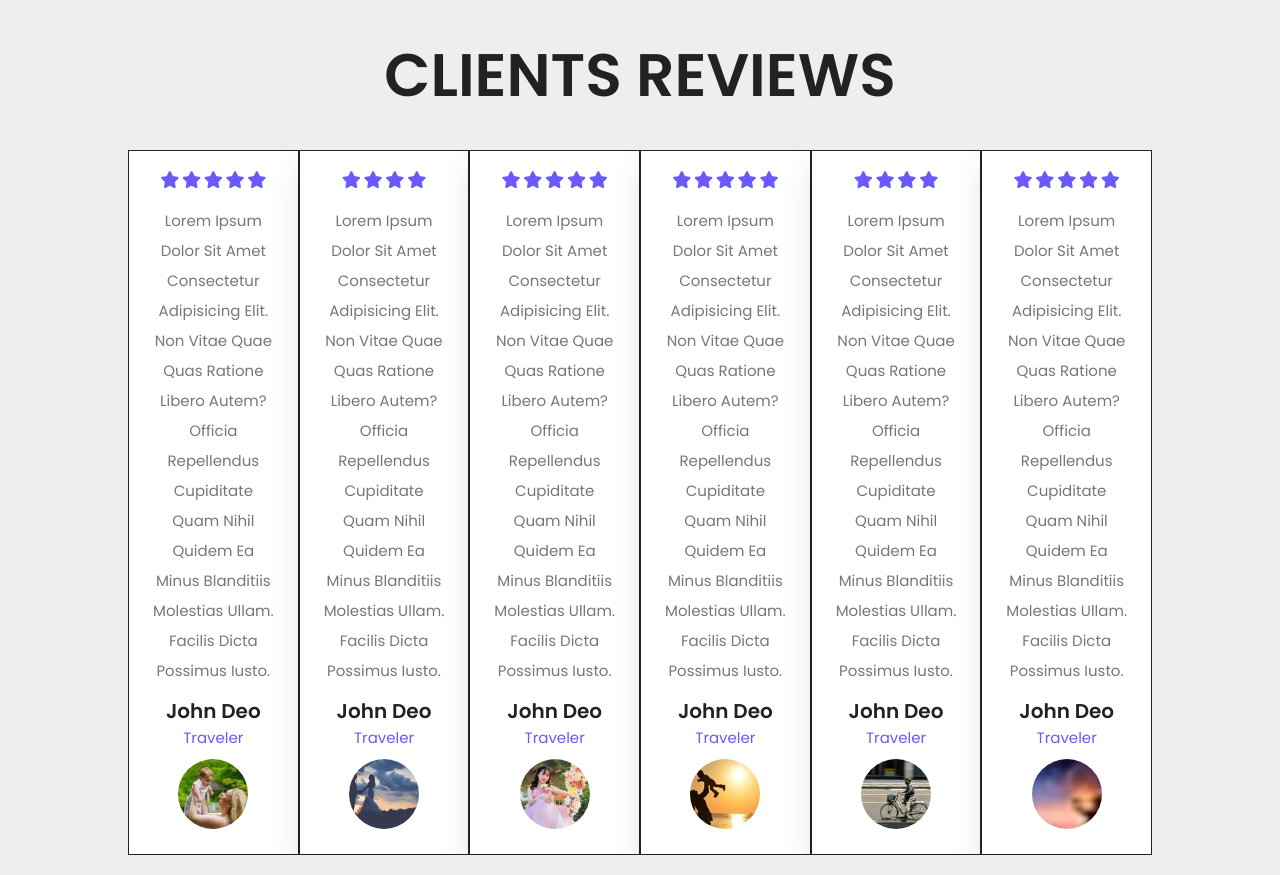
Repository: CTCuong/Traveloka-Web
Page: assets/about.html
These files come from the project's save history. The page is drawn as it stood at one moment and after the next save; the edit follows.
The browser window is 1280 px wide. The pictures show the part of the page from y = 1059 to 1934 px (the page is 2610 px tall before and 2580 px after).
Pictures or frames that could not be fetched are drawn as grey boxes. A picture or video elsewhere on the page could not be fetched, so the positions and the page height are approximate. Backgrounds fixed to the window are drawn as part of the page.

Above is the page before, as saved 2023-07-07 11:16:17.

### assets/about.html
<!DOCTYPE html>
<html lang="en">
<head>
    <meta charset="UTF-8">
    <meta name="viewport" content="width=device-width, initial-scale=1.0">
    <title>About</title>
    <!--swiper css-->
    <link rel="stylesheet"href="https://cdn.jsdelivr.net/npm/swiper@9/swiper-bundle.min.css"/>
    <!--font awesome link-->
    <link rel="stylesheet" href="https://cdnjs.cloudflare.com/ajax/libs/font-awesome/6.4.0/css/all.min.css">
    <!-- css file link -->
    <link rel="stylesheet" href="/assets/css/style.css">
</head>
<body>
    <!-- header section starts -->
    <section class="header">
        <a href="home.html" class="logo">travel.</a>

        <nav class="navbar">
            <a href="home.html">Home</a>
            <a href="about.html">About</a>
            <a href="package.html">Package</a>
            <a href="book.html">Book</a>

        </nav>

        <div id="menu-btn" class="fas fa-bars"></div>
    </section>
    <!-- header section ends -->

    <div class="heading" style="background: url(/assets/image/About/240_F_206413834_XndsGAeui9ENStTXTna9Szj1tS5tQUZo.jpg) no-repeat;">
        <h1>about us</h1>
    </div>

    <!-- footer section starts -->


    <!-- about section starts -->
    <section class="about">
        <div class="image">

            <img src="/assets/image/About/beautiful-sunrise-fishing-dip-nets-pakpra-phatthalung-thailand_335224-816.avif" alt="">
        </div>

        <div class="content">
            <h3>why choose us?</h3>
            <p>Lorem ipsum dolor, sit amet consectetur adipisicing elit. Temporibus
            velit facilis similique incidunt laboriosam cumque accusamus cum id. Accusantium, dolore.</p>
            <p>Lorem ipsum dolor sit amet consectetur adipisicing elit. Consequatur quis inventore nisi
            velit! Perferendis cum cupiditate explicabo, rerum eos suscipit et asperiores quasi rem delectus
            vel alias similique, perspiciatis fuga.</p>

            <div class="icons-container">
                <div class="icons">
                    <i class="fas fa-map"></i>
                    <span>top destinations</span>
                </div>

                <div class="icons">
                    <i class="fas fa-hand-holding-usd"></i>
                    <span>affordable price</span>
                </div>

                <div class="icons">
                    <i class="fas fa-headset"></i>
                    <span>24/7 guide service</span>
                </div>

            </div>

        </div>

    </section>
    <!-- about section ends -->

    <!-- reviews section starts -->

    <section class="reviews">

        <h1 class="heading-title"> clients reviews </h1>

        <div class=" swiper reviews-slider">

            <div class="swiper-wrapper">

                <div class="swiper-slider slide">
                    <div class="stars">
                        <i class="fas fa-star"></i>
                        <i class="fas fa-star"></i>
                        <i class="fas fa-star"></i>
                        <i class="fas fa-star"></i>
                        <i class="fas fa-star"></i>
                    </div>
                    <p>Lorem ipsum dolor sit amet consectetur adipisicing elit.
                    Non vitae quae quas ratione libero autem? Officia repellendus cupiditate quam nihil
                    quidem ea minus blanditiis molestias ullam. Facilis dicta possimus iusto.</p>
                    <h3>john deo</h3>
                    <span>traveler</span>
                    <img src="/assets/image/reviews/1.jpg" alt="">
                </div>

                <div class="swiper-slider slide">
                    <div class="stars">

                        <i class="fas fa-star"></i>
                        <i class="fas fa-star"></i>
                        <i class="fas fa-star"></i>
                        <i class="fas fa-star"></i>
                    </div>
                    <p>Lorem ipsum dolor sit amet consectetur adipisicing elit.
                    Non vitae quae quas ratione libero autem? Officia repellendus cupiditate quam nihil
                    quidem ea minus blanditiis molestias ullam. Facilis dicta possimus iusto.</p>
                    <h3>john deo</h3>
                    <span>traveler</span>
                    <img src="/assets/image/reviews/2.jpg" alt="">
                </div>

                <div class="swiper-slider slide">
                    <div class="stars">

                        <i class="fas fa-star"></i>
                        <i class="fas fa-star"></i>
                        <i class="fas fa-star"></i>
                        <i class="fas fa-star"></i>
                        <i class="fas fa-star"></i>
                    </div>
                    <p>Lorem ipsum dolor sit amet consectetur adipisicing elit.
                    Non vitae quae quas ratione libero autem? Officia repellendus cupiditate quam nihil
                    quidem ea minus blanditiis molestias ullam. Facilis dicta possimus iusto.</p>
                    <h3>john deo</h3>
                    <span>traveler</span>
                    <img src="/assets/image/reviews/3.jpg" alt="">
                </div>

                <div class="swiper-slider slide">
                    <div class="stars">

                        <i class="fas fa-star"></i>
                        <i class="fas fa-star"></i>
                        <i class="fas fa-star"></i>
                        <i class="fas fa-star"></i>
                        <i class="fas fa-star"></i>
                    </div>
                    <p>Lorem ipsum dolor sit amet consectetur adipisicing elit.
                    Non vitae quae quas ratione libero autem? Officia repellendus cupiditate quam nihil
                    quidem ea minus blanditiis molestias ullam. Facilis dicta possimus iusto.</p>
                    <h3>john deo</h3>
                    <span>traveler</span>
                    <img src="/assets/image/reviews/4.jpg" alt="">
                </div>

                <div class="swiper-slider slide">
                    <div class="stars">

                        <i class="fas fa-star"></i>
                        <i class="fas fa-star"></i>
                        <i class="fas fa-star"></i>
                        <i class="fas fa-star"></i>
                    </div>
                    <p>Lorem ipsum dolor sit amet consectetur adipisicing elit.
                    Non vitae quae quas ratione libero autem? Officia repellendus cupiditate quam nihil
                    quidem ea minus blanditiis molestias ullam. Facilis dicta possimus iusto.</p>
                    <h3>john deo</h3>
                    <span>traveler</span>
                    <img src="/assets/image/reviews/5.jpg" alt="">
                </div>

                <div class="swiper-slider slide">
                    <div class="stars">

                        <i class="fas fa-star"></i>
                        <i class="fas fa-star"></i>
                        <i class="fas fa-star"></i>
                        <i class="fas fa-star"></i>
                        <i class="fas fa-star"></i>
                    </div>
                    <p>Lorem ipsum dolor sit amet consectetur adipisicing elit.
                    Non vitae quae quas ratione libero autem? Officia repellendus cupiditate quam nihil
                    quidem ea minus blanditiis molestias ullam. Facilis dicta possimus iusto.</p>
                    <h3>john deo</h3>
                    <span>traveler</span>
                    <img src="/assets/image/reviews/6.jpg" alt="">
                </div>

            </div>

        </div>
    </section>
    <!-- reviews section ends -->


    <section class="footer">
        <div class="box-container">

            <div class="box">
                <h3>quick links</h3>
                <a href="home.html"><i class="fas fa-angle-right"></i>Home</a>
                <a href="about.html"><i class="fas fa-angle-right"></i>About</a>
                <a href="package.html"><i class="fas fa-angle-right"></i>Package</a>
                <a href="book.html"><i class="fas fa-angle-right"></i>Book</a>
            </div>

            <div class="box">
                <h3>extra links</h3>
                <a href="#"><i class="fas fa-angle-right"></i> ask question</a>
                <a href="#"><i class="fas fa-angle-right"></i> about us</a>
                <a href="#"><i class="fas fa-angle-right"></i> privacy policy</a>
                <a href="#"><i class="fas fa-angle-right"></i> terms of use</a>
            </div>

            <div class="box">
                <h3>contract info</h3>
                <a href="#"><i class="fas fa-phone"></i> +84 098-326-789 </a>
                <a href="#"><i class="fas fa-phone"></i> +84 023-908-7865 </a>
                <a href="#"><i class="fas fa-envelope"></i> travekhanas@gmail.com </a>
                <a href="#"><i class="fas fa-map"></i> HaNoi, VietNam   </a>
            </div>

            <div class="box">
                <h3>follow us</h3>
                <a href="#"><i class="fab fa-facebook"></i> facebook </a>
                <a href="#"><i class="fab fa-twitter"></i> twitter </a>
                <a href="#"><i class="fab fa-instagram"></i> instagram </a>
                <a href="#"><i class="fab fa-telegram"></i> telegram </a>
            </div>

        </div>

        <div class="credit"> created by <span>mr. Cao Tran Cuong</span> | all rights reserved! </div>
    </section>
    <!-- footer section ends -->

    <!--swiper js-->
    <script src="https://cdn.jsdelivr.net/npm/swiper@9/swiper-bundle.min.js"></script>
    <!-- js file link -->
    <script src="/assets/js/scrip.js"></script>
</body>
</html>

### assets/css/style.css
@import url('https://fonts.googleapis.com/css2?family=Poppins:ital,wght@0,100;0,200;0,300;0,400;0,500;0,600;1,100;1,200;1,300;1,400;1,500;1,600&display=swap');

:root {
    --main-color:#6A5AF9;
    --black:#222;
    --white: #fff;
    --light-black:#777;
    --light-white:#fff9;
    --drak-bg:rgba(0,0,0,.7);
    --light-bg:#eee;
    --border: .1rem solid #222;
    --text-shadow:0 1.5rem 3rem rgba(0,0,0,.3);
    --box-shadow:0 1.5rem 3rem rgba(0,0,0,.1);
}
* {
    font-family: 'Poppins', sans-serif;
    margin: 0; padding: 0;
    outline: none;border: none;
    box-sizing: border-box;
    text-decoration: none;
    text-transform: capitalize;

}

html {
    font-size: 62.5%;
    overflow-x: hidden;
}

html::-webkit-scrollbar {
    width : 1rem;
}

html::-webkit-scrollbar-track {
    background-color: var(--white);
}

html::-webkit-scrollbar-thumb {
    background-color: var(--main-color);
}
section {
    padding: 5rem 10%;
}
.header {
    position: sticky;
    top:0; left: 0; right: 0;
    z-index: 1000;
    background-color: var(--white);
    display: flex;
    padding-top: 2rem;
    padding-bottom: 2rem;
    box-shadow: var(--box-shadow);
    align-items: center;
    justify-content:space-between;
}

.header .logo {
    font-size: 2.5rem;
    color: var(--black);
}

.header .navbar a {
    font-size: 2rem;
    margin-left: 2rem;
    color: var(--black);
}

#menu-btn {
    font-size: 2.5rem;
    color: var(--black);
    cursor: pointer;
    display: none;
}

.home {
    padding: 0;
}

.home .slide {
    text-align: center;
    padding: 2rem;
    display: flex;
    align-items: center;
    justify-content: center;
    background-size: cover !important;
    background-position: center !important;
    min-height: 60rem;
}

.home .slide .content {
    width: 85rem;
    display: none;
}

.home .swiper-slide-active .content {
    display: inline-block;
}

.home .slide .content span {
    display: block;
    font-size: 2.2rem;
    color: var(--light-white);
    padding-bottom: 1rem;
    animation:fadeIn .4s linear backwards .2s;
}

.home .slide .content h3 {
    font-size: 6vw;
    color: var(--white);
    text-transform: uppercase;
    line-height: 1;
    text-shadow: var(--text-shadow);
    padding: 1rem 0;
    animation:fadeIn .4s linear backwards .4s;
}

.home .slide .content .btn {
    animation:fadeIn .4s linear backwards .6s;
}


@keyframes fadeIn {
    0% {
        transform: scale(0);
        opacity: 0;
    }
}


.heading {
    background-size: cover !important;
    background-position: center !important;
    padding-top: 10rem;
    padding-bottom: 15rem;
    display: flex;
    align-items: center;
    justify-content: center;
}

.heading h1 {
    font-size: 10rem;
    text-transform: uppercase;
    color: var(--white);
    text-shadow: var(--box-shadow);
}

.about {
    display: flex;
    align-items: center;
    flex-wrap: wrap;
    gap:3rem;
}

.about .image {
    flex: 1 1 41rem;
}

.about .image img {
    width: 100%;
}

.about .content {
    flex: 1 1 41rem;
    text-align: center;
}

.about .content h3 {
    font-size: 3rem;
    color: var(--black);
}

.about .content p {
    font-size: 1.5rem;
    color: var(--light-black);
    line-height: 2;
    padding: 1rem 0;
}

.about .content .icons-container {
    margin-top: 2rem;
    display: flex;
    flex-wrap: wrap;
    gap :1.5rem;
    align-items: flex-end;
}

.about .content .icons-container .icons {
    background: var(--light-bg);
    padding: 2rem;
    flex: 1 1  10rem;
}

.about .content .icons-container .icons i {
    font-size: 4rem;
    margin-top: 2rem;
    color:  var(--main-color);
}

.about .content .icons-container .icons span {
    font-size: 1.5rem;
    color: var(--light-black);
    display: block;
}

.reviews {
    background: var(--light-bg);
}

.reviews .slide {
    padding: 2rem;
    border: var(--border);
    background: var(--white);
    text-align: center;
    box-shadow: var(--box-shadow);
    user-select: none;
}

.reviews .slide .stars i {
    font-size: 1.7rem;
    color: var(--main-color);
}

.reviews .slide p {
    font-size: 1.5rem;
    color: var(--light-black);
    line-height: 2;
    padding: 1rem 0;
}

.reviews .slide h3 {
    font-size: 2rem;
    color: var(--black);
}

.reviews .slide span {
    font-size: 1.5rem;
    color: var(--main-color);
    display: block;
}

.reviews .slide img {
    height: 7rem;
    width: 7rem;
    border-radius: 50%;
    object-fit: cover;
    margin-top: 1rem;
}

.reviews .slide .stars {
    padding-bottom: .5rem;
}




.btn {
    display: inline-block;
    background: var(--black);
    margin-top: 1rem;
    color: var(--white);
    font-size: 1.7rem;
    padding: 1rem 3rem;
    cursor: pointer;

}

.btn:hover {
    background: var(--main-color);
}

.home-about {
    display: flex;
    align-items: center;
    flex-wrap: wrap;
}

.home-about .image {
    flex: 1 1 41rem;
}

.home-about .image img {
    width: 100%;

}

.home-about .content {
    flex: 1 1 41rem;
    padding: 3rem;
    background: var(--light-bg);
}

.home-about .content h3 {
    font-size: 3rem;
    color: var(--black);
}

.home-about .content p {
    font-size: 1.5rem;
    padding: 1rem;
    line-height:2 ;
    color: var(--black);
}

.home-packages {
    background: var(--light-bg);
}

.home-packages .box-container .box {
    border: var(--border);
    box-shadow: var(--box-shadow);
    background: var(--white);
}

.home-packages .box-container {
    display: grid;
    grid-template-columns: repeat(auto-fit, minmax(30rem, 1fr));
    gap : 2rem;
}

.home-packages .box-container .box .image {
    height: 25rem;
    overflow: hidden;
}

.home-packages .box-container .box .image img {
    height: 100%;
    width: 100%;
    object-fit: cover;
    transition: .2s linear;
}

.home-packages .box-container .box .content {
    padding: 2rem;
    text-align: center;

}

.home-packages .box-container .box .content h3 {
    font-size: 2.5rem;
    color: var(--black);
}

.home-packages .box-container .box .content p {
    font-size: 1.5rem;
    color: var(--light-black);
    line-height: 2;
    padding: 1rem 0;
}

.home-packages .load-more {
    text-align: center;
    margin-top: 2rem;
}

.home-offer {
    text-align: center;
}

.home-offer .content {
    max-width: 50rem;
    margin: 0 auto;
}

.home-offer .content h3 {
    font-size: 3.5rem;
    text-transform: uppercase;
    color: var(--black);
}

.home-offer .content p {
    font-size: 1.5rem;
    color: var(--black);
    line-height: 2;
    padding: 1rem 0;
}


.services .box-container {
    display: grid;
    grid-template-columns: repeat(auto-fit, minmax(16rem, 1fr));
    gap : 1.5rem;
}

.services .box-container .box {
    padding: 3rem 2rem;
    text-align: center;
    background: var(--main-color);
    cursor: pointer;
}


.services .box-container .box:hover {
    background: var(--black) ;
}

.services .box-container .box h3 {
    color: var(--white);
    font-size: 1,7rem;
    padding-top: 1rem;
}

.services .box-container .box img {
    height: 7rem;
}

.heading-title {
    text-align: center;
    margin-bottom: 3rem;
    font-size: 6rem;
    text-transform: uppercase;
    color: var(--black);
}





























.footer {
    background:url(/assets/image/Footer/low-angle-nature-night-time.jpg) no-repeat;
    background-size: cover;
    background-position: center;
    background-attachment: fixed;
}

.footer .box-container {
    display: grid;
    grid-template-columns: repeat(auto-fit, minmax(25rem, 1fr));
    gap : 3rem;
}

.footer .box-container .box h3{
    color: var(--white);
    font-size: 2.5rem;
    padding-bottom: 2rem;
}

.footer .box-container .box a {
    color: var(--light-white);
    font-size: 1.5rem;
    padding-bottom: 1.5rem;
    display: block;
}

.footer .box-container .box a i {
    color: var(--main-color);
    padding-right: .5rem;
    transition: .2s linear ;
}

.footer .box-container .box a:hover i {
    padding-right: 2rem;
}

.footer .credit {
    text-align: center;
    padding-top: 3.5rem;
    margin-top: 3rem;
    border-top: .1rem solid var(--light-bg);
    font-size: 2rem;
    color: var(--white);
}

.footer .credit span {
    color:var(--main-color);
}



/* media queries */
@media (max-width:1200px) {

    section {
        padding: 3rem 5%;
    }

}

@media (max-width:991px) {

    html {
        font-size: 55%;
    }

    section {
        padding: 3rem 2rem;
    }

    .home .slide .content h3 {
        font-size: 10vw;
    }
}

@media (max-width:768px) {
    #menu-btn {
         display: inline-block;
         transition: .2s linear;
    }

    #menu-btn.fa-times {
        transform: rotate(180deg);
    }

    .header .navbar {
        position: absolute;
        top:99%; left:0; right:0;
        background-color: var(--white);
        border-top: var(--border);
        padding: 2rem;
        transition: .2s linear;
        clip-path: polygon(0 0, 100% 0, 100% 0, 0 0);
    }

    .header .navbar.active {
        clip-path: polygon(0 0, 100% 0, 100% 100%, 0 100%);
    }

    .header .navbar a {
        display:block;
        margin: 2rem;
        text-align: center ;
    }

}
@media (max-width:450px) {

    html {
        font-size: 50%;
    }

    .heading-title {
        font-size: 3.5rem;
    }

}

### assets/js/scrip.js
let menu = document.querySelector('#menu-btn');
let navbar = document.querySelector('.header .navbar');

menu.onclick = () =>{
    menu.classList.toggle('fa-times');
    navbar.classList.toggle('active');
};

window.onscroll = () => {
    menu.classList.remove('fa-times')
    navbar.classList.remove('active')

};

var swiper = new Swiper(".home-slider", {
  loop:true,
  navigation: {
    nextEl: ".swiper-button-next",
    prevEl: ".swiper-button-prev",
  },
});



var swiper = new Swiper(".reviews-slider", {
  slidesPerView: 1,
  spaceBetween: 10,
  pagination: {
    el: ".swiper-pagination",
    clickable: true,
  },
  breakpoints: {
    640: {
      slidesPerView: 2,
      spaceBetween: 20,
    },
    768: {
      slidesPerView: 4,
      spaceBetween: 40,
    },
    1024: {
      slidesPerView: 5,
      spaceBetween: 50,
    },
  },
});

After the next save:
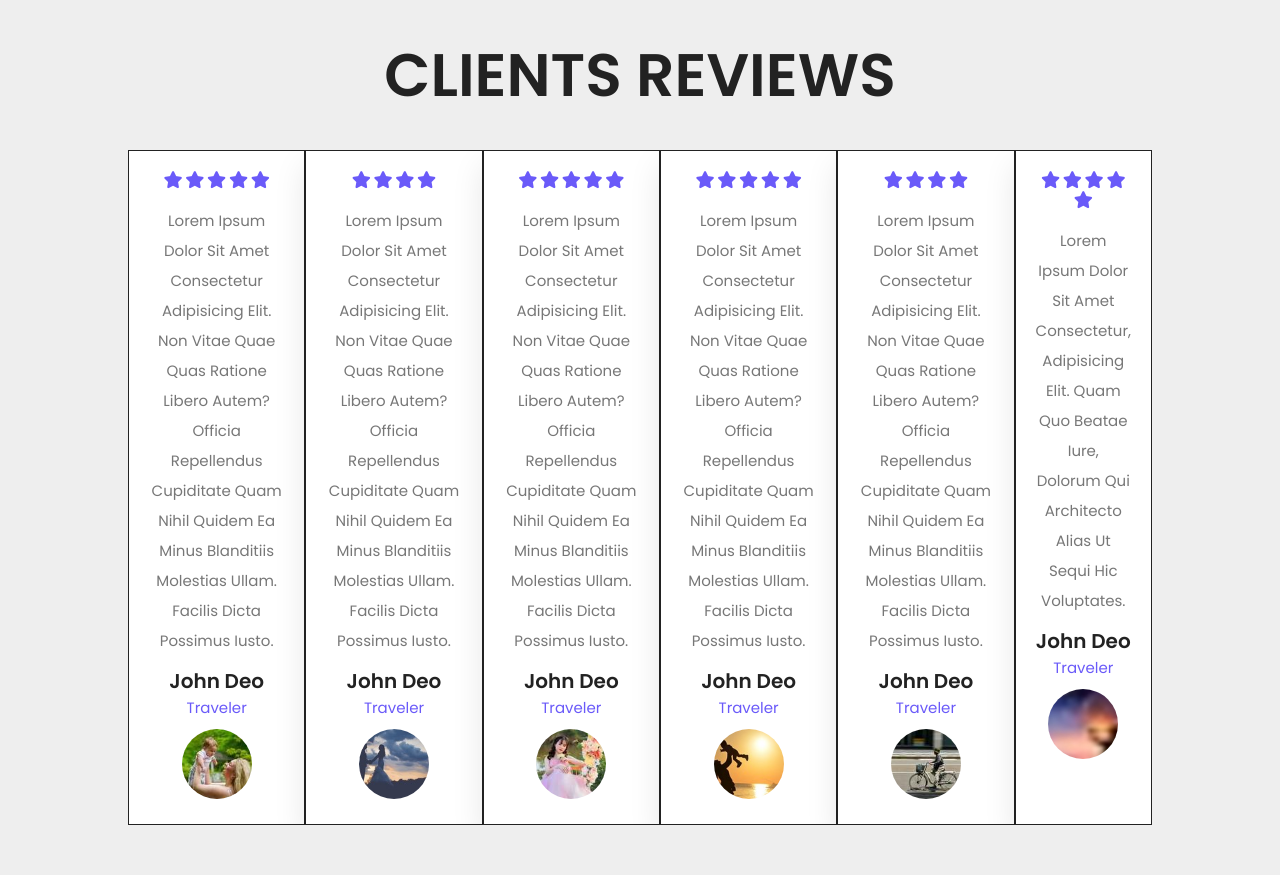
Saved 84 s later.
--- a/assets/about.html
+++ b/assets/about.html
@@ -174,16 +174,14 @@
                         <i class="fas fa-star"></i>
                         <i class="fas fa-star"></i>
                     </div>
-                    <p>Lorem ipsum dolor sit amet consectetur adipisicing elit.
-                    Non vitae quae quas ratione libero autem? Officia repellendus cupiditate quam nihil
-                    quidem ea minus blanditiis molestias ullam. Facilis dicta possimus iusto.</p>
+                    <p>Lorem ipsum dolor sit amet consectetur, adipisicing elit. Quam quo beatae iure, dolorum qui architecto alias ut sequi hic voluptates.</p>
                     <h3>john deo</h3>
                     <span>traveler</span>
                     <img src="/assets/image/reviews/6.jpg" alt="">
                 </div>
 
             </div>
-
+            <div class="swiper-pagination"></div>
         </div>
     </section>
     <!-- reviews section ends -->
